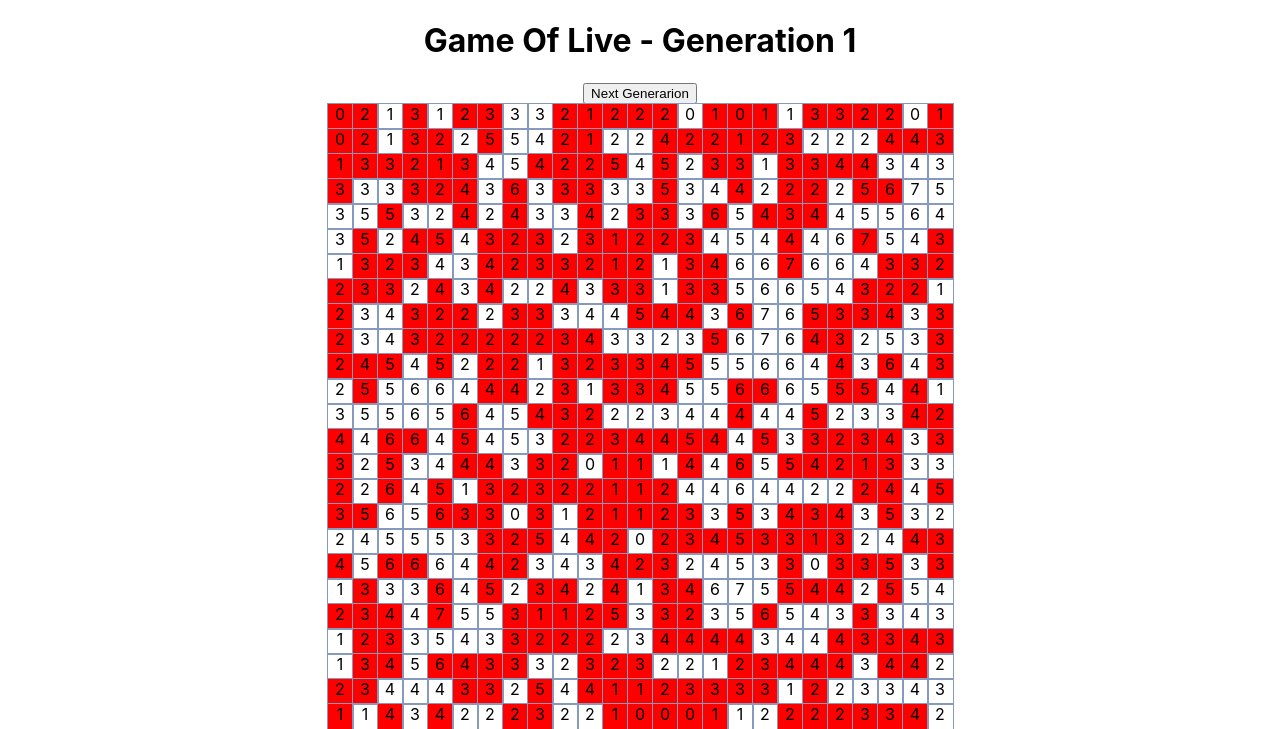
Repository: cfaguilera20/gol
Page: /
An editor plug-in stored every save of this project. The page is shown before and after the next save, followed by the edit.
The browser window is 1280 px wide. The pictures show the whole page.
The project was rebuilt for these pictures with package versions that can differ from the ones it lists, and the page was loaded fresh each time.

Above is the page before, as saved 2021-07-25 12:31:38.

### src/App.js
import './App.css';

import Board from './components/Board.jsx';

function App() {
    return (
        <div className="App">
            <Board />
        </div>
    );
}

export default App;

### src/components/Board.jsx
import React, { useState } from 'react';
import './Board.css';

const WORLD_SIZE = 25;
const WORLD_POPULATION = Math.round(WORLD_SIZE * WORLD_SIZE * 0.25);

const Board = (props) => {
    const [world, setWorld] = useState(
        createWorld(WORLD_SIZE, WORLD_POPULATION)
    );
    const [generation, setGeneration] = useState(1);

    const onNextGeneration = () => {
        setGeneration(generation + 1);
        world.nextGeneration();
    };

    return (
        <>
            <h1>Game Of Live - Generation {generation}</h1>
            <button onClick={onNextGeneration}>Next Generarion</button>
            <div className="world">
                {world.board.map((row, rowIdx) => (
                    <div key={rowIdx} className="row">
                        {row.map((cell, cellIdx) => {
                            const className = cell.getColor();
                            const neighborsAlive =
                                cell.getNeighborsAliveCounter();
                            return (
                                <div key={cellIdx} className={className}>
                                    {neighborsAlive}
                                </div>
                            );
                        })}
                    </div>
                ))}
            </div>
        </>
    );
};

class Cell {
    constructor(world, x, y, isAlive) {
        this.world = world;
        this.x = x;
        this.y = y;
        this.isAlive = isAlive;
    }

    getNeighbors() {
        return this.world.getNeighbors(this.x, this.y);
    }

    getNeighborsAlive() {
        return this.getNeighbors().filter((cell) => cell.isAlive === 1);
    }

    getNeighborsAliveCounter() {
        return this.getNeighborsAlive().length;
    }

    getColor() {
        return this.isAlive ? 'cell' : 'cell cell-red';
    }

    nextGeneration() {
        return this.getNeighborsAliveCounter() > 2;
    }
}

class World {
    constructor(size, population) {
        this.size = size;
        this.currentPopulation = 0;
        this.population = population;
        this.board = [];
        this.createBoard();
    }

    createBoard() {
        for (let y = 0; y < this.size; y++) {
            this.board[y] = [];
            for (let x = 0; x < this.size; x++) {
                const isAlive = Math.round(Math.random());
                this.board[y][x] = new Cell(this, x, y, isAlive);
                this.population++;
            }
        }
    }

    getCell(x, y) {
        return this.board[y][x];
    }

    setCell(x, y, value) {
        this.board[y][x].value = value;
    }

    getNeighbors(x, y) {
        const neighbors = [];
        const neighborsIdx = [
            [1, 0],
            [-1, 0],
            [0, 1],
            [0, -1],
            [1, 1],
            [1, -1],
            [-1, 1],
            [-1, -1],
        ];
        neighborsIdx.forEach(([dx, dy]) => {
            const [nx, ny] = [x + dx, y + dy];
            if (nx >= 0 && nx < this.size && ny >= 0 && ny < this.size) {
                neighbors.push(this.board[ny][nx]);
            }
        });
        return neighbors;
    }

    nextGeneration() {
        const nextBoard = [];
        for (let y = 0; y < this.size; y++) {
            nextBoard[y] = [];
            for (let x = 0; x < this.size; x++) {
                const cell = this.getCell(x, y);
                const isAlive = cell.isAlive;
                const nextIsAlive = cell.nextGeneration();
                nextBoard[y][x] = new Cell(this, x, y, nextIsAlive);
                this.currentPopulation += nextIsAlive - isAlive;
            }
        }
        this.board = nextBoard;
    }
}

const createWorld = (WORLD_SIZE, WORLD_POPULATION) => {
    const board = new World(WORLD_SIZE, WORLD_POPULATION);
    return board;
};

export default Board;

### src/components/Board.css
.row {
    height: 25px;
}

.cell {
    width: 25px;
    height: 25px;
    outline: 1px solid rgb(134, 154, 189);
    display: inline-block;
}

.cell-green {
    background-color: green;
}

.cell-red {
    background-color: red;
}

.cell-purple {
    background-color: purple;
}

Loaded but not shown: public/index.html (common file); src/index.js (common file); src/index.css (common file); src/reportWebVitals.js (common file); src/App.css (common file)

After the next save:
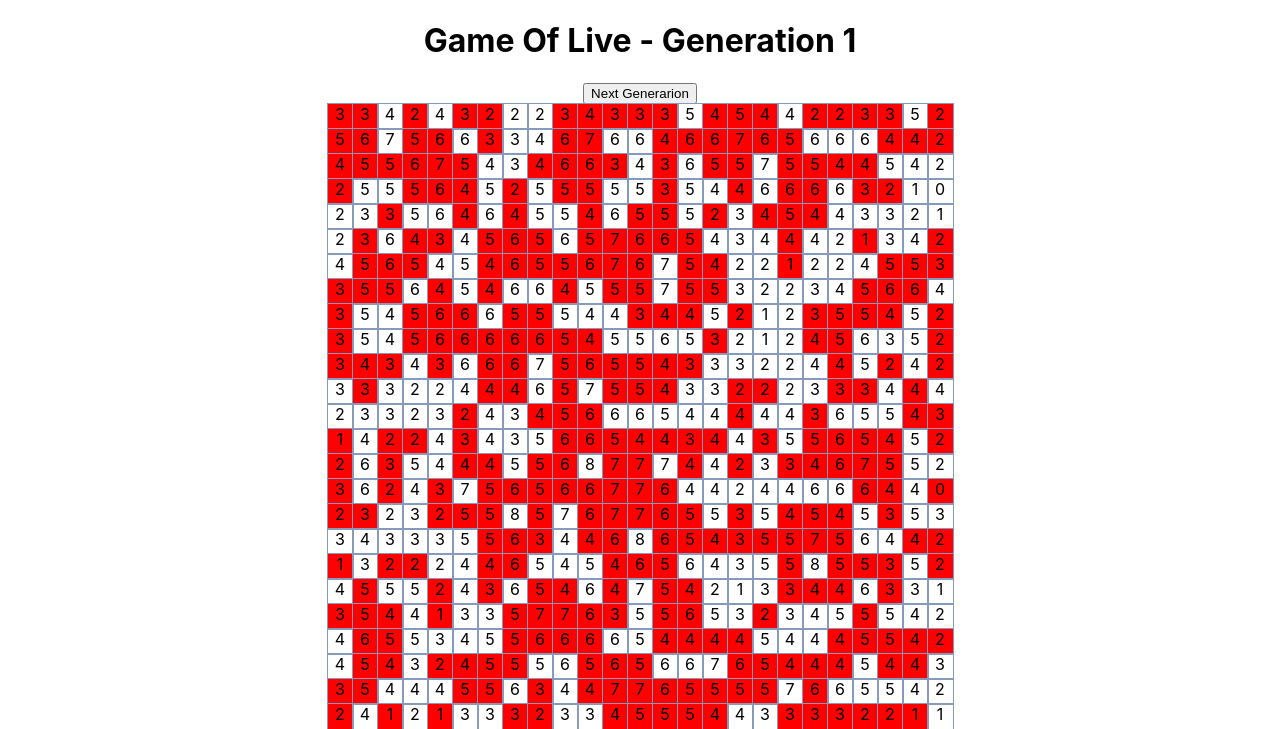
Saved 23 s later.
--- a/src/components/Board.jsx
+++ b/src/components/Board.jsx
@@ -52,7 +52,7 @@ class Cell {
     }
 
     getNeighborsAlive() {
-        return this.getNeighbors().filter((cell) => cell.isAlive === 1);
+        return this.getNeighbors().filter((cell) => cell.isAlive === 0);
     }
 
     getNeighborsAliveCounter() {
